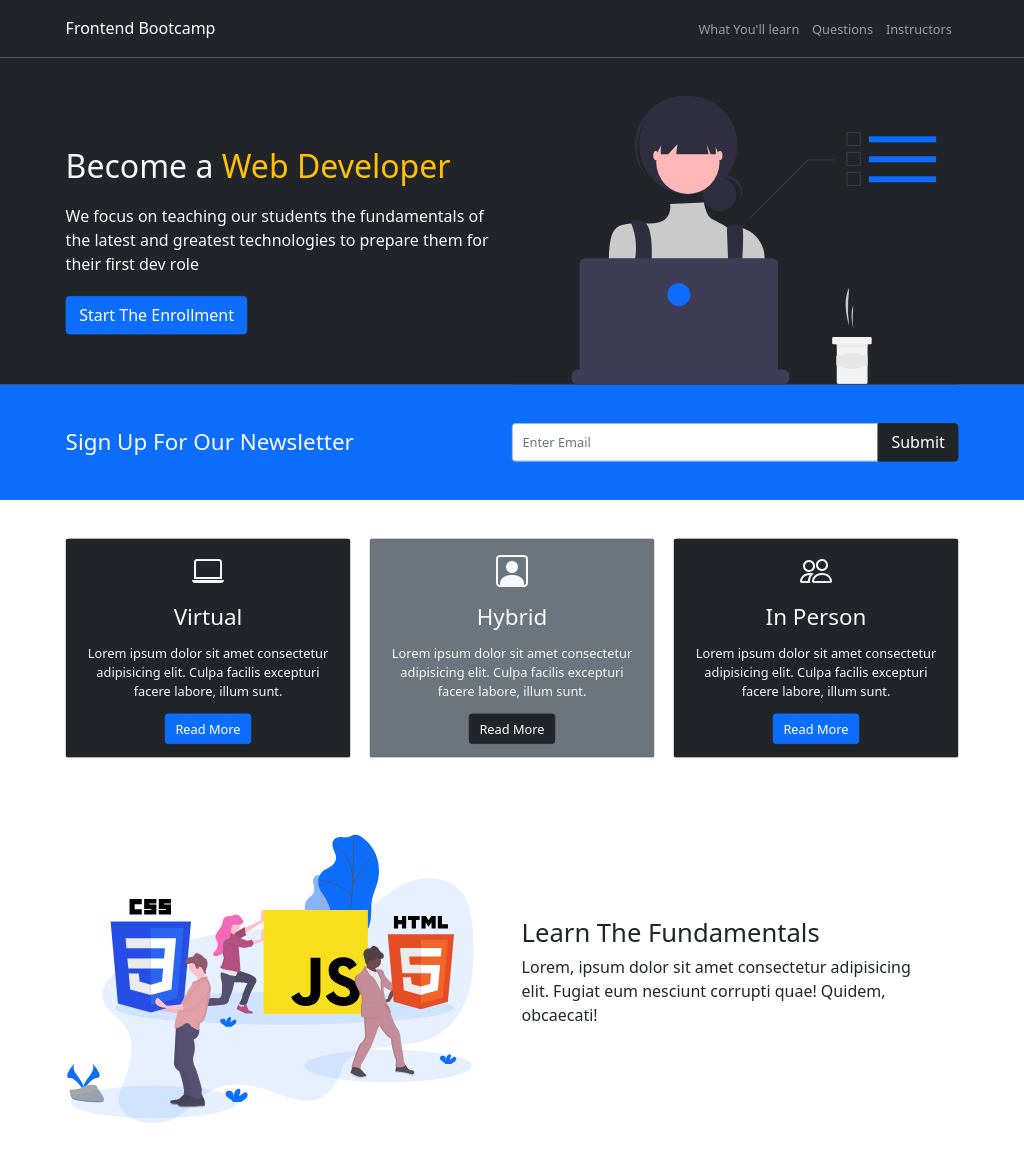
Repository: Marhamat92/Bootstrap5-Responsive-Website-
Page: index.html
An editor plug-in stored every save of this project. The page is shown before and after the next save, followed by the edit.
The browser window is 1280 px wide. The pictures show the whole page, at 80% of full size.
Some web libraries are served in a nearby version.

Above is the page before, as saved 2021-09-18 17:39:36.

After the next save:
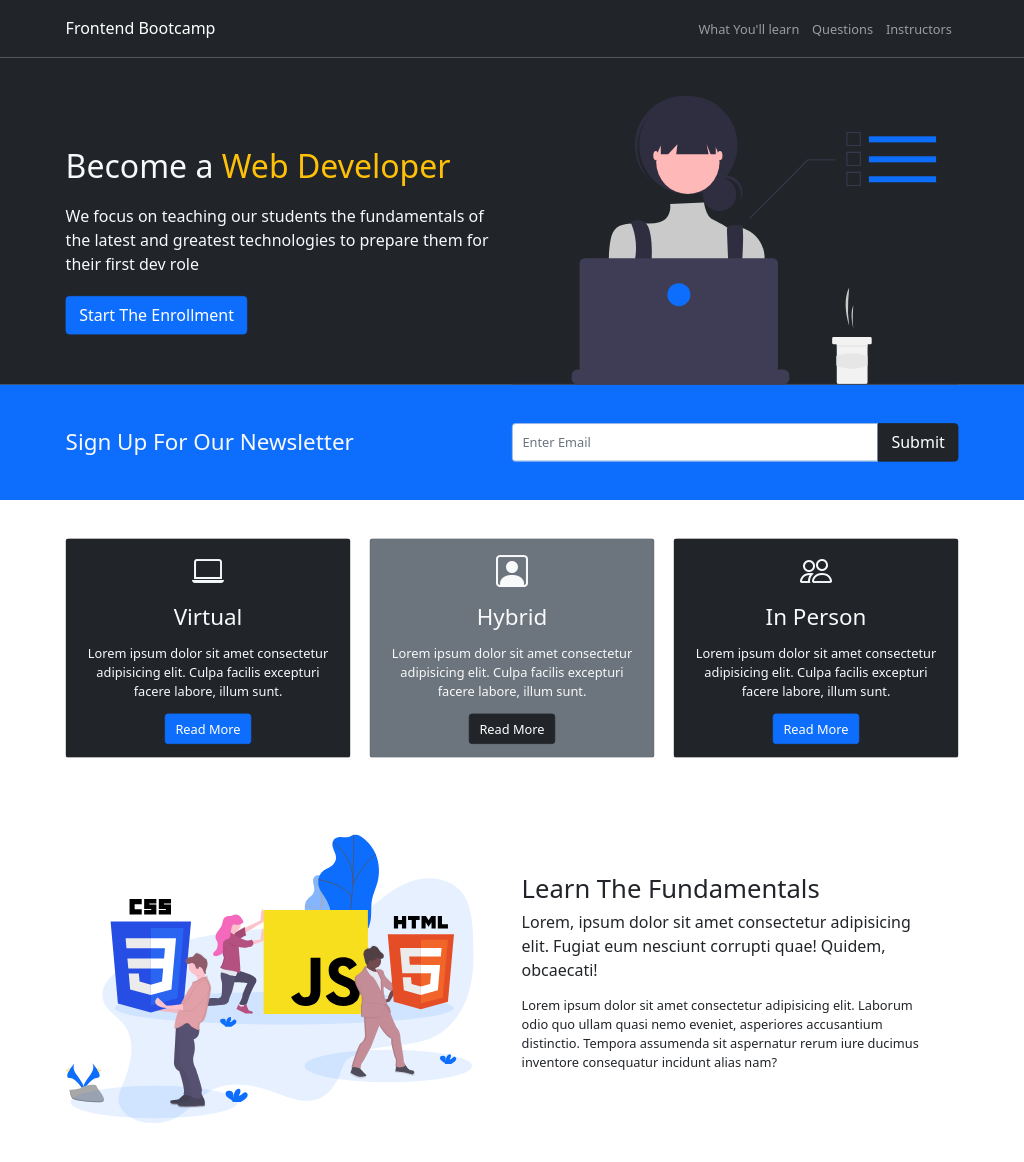
Saved 119 s later.
--- a/index.html
+++ b/index.html
@@ -132,6 +132,7 @@
                         Lorem, ipsum dolor sit amet consectetur adipisicing elit. Fugiat eum nesciunt corrupti quae!
                         Quidem, obcaecati!
                     </p>
+                    <p>Lorem ipsum dolor sit amet consectetur adipisicing elit. Laborum odio quo ullam quasi nemo eveniet, asperiores accusantium distinctio. Tempora assumenda sit aspernatur rerum iure ducimus inventore consequatur incidunt alias nam?</p>
                 </div>
             </div>
         </div>
